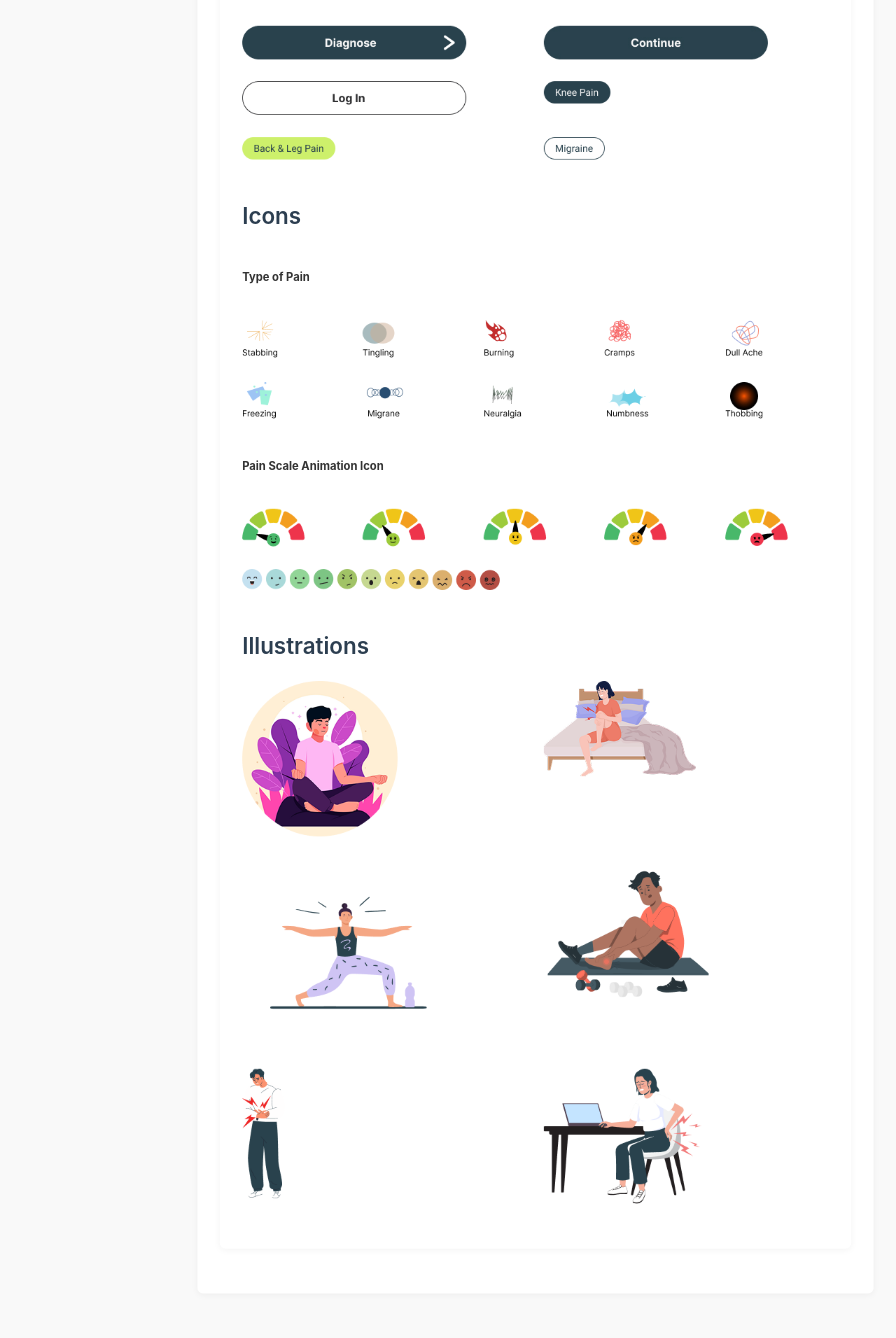
Repository: rosielee09/Heal_U
Page: graphics.html
The author's editor kept a copy of each file at every save. The page is drawn from the files as they stood at one save, then again after the next save.
The browser window is 1280 px wide. The pictures show the part of the page from y = 1377 to 3297 px (the page is 3289 px tall before and 3297 px after), at 70% of full size.

Above is the page before, as saved 2025-04-03 21:58:13.

After the next save:
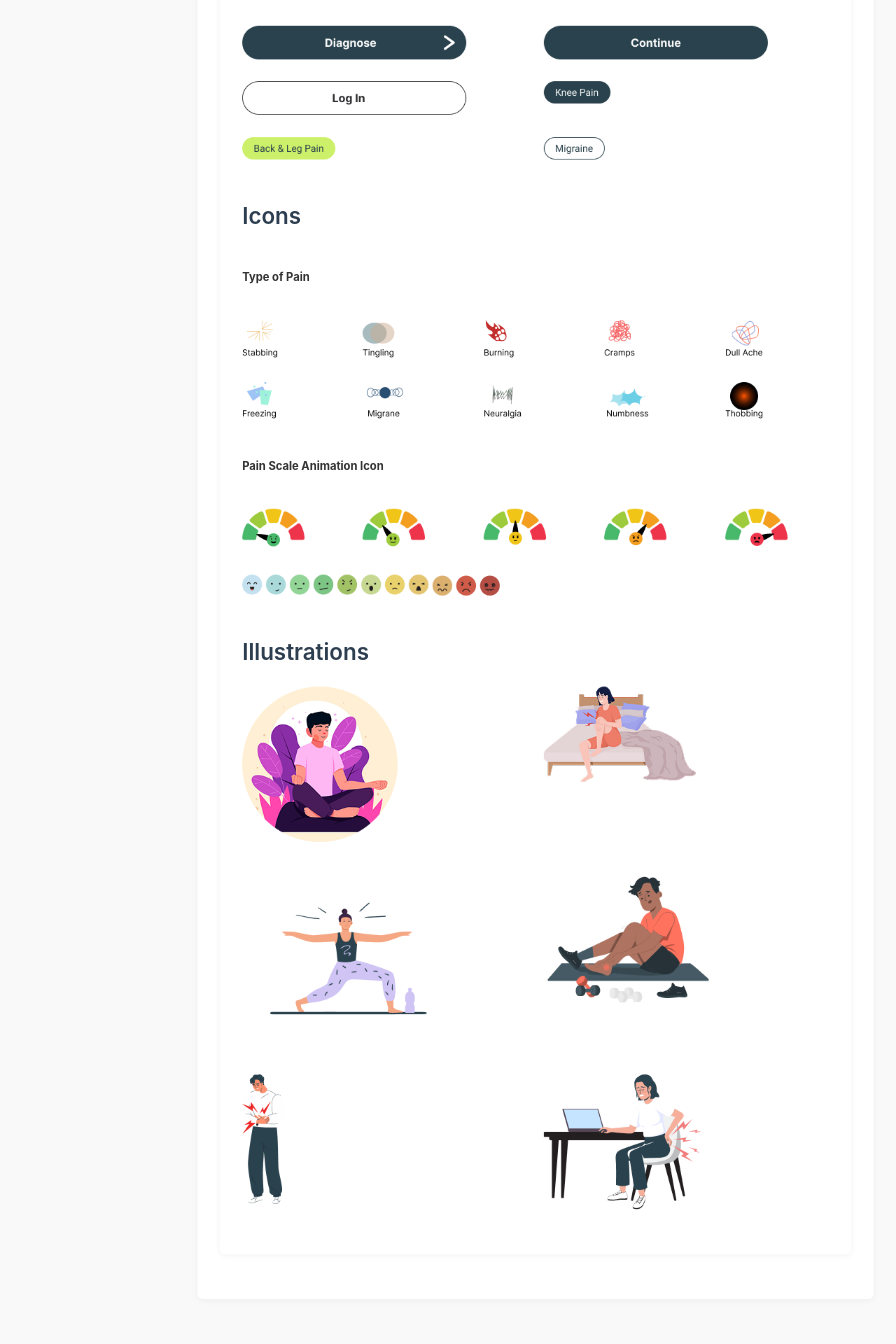
Saved 51 s later.
--- a/styles.css
+++ b/styles.css
@@ -253,7 +253,7 @@ body {
 }
 
 .graphic-item-grid1{
-    margin-top: 1.5rem;
+    margin-top: 2rem;
 }
 
 
